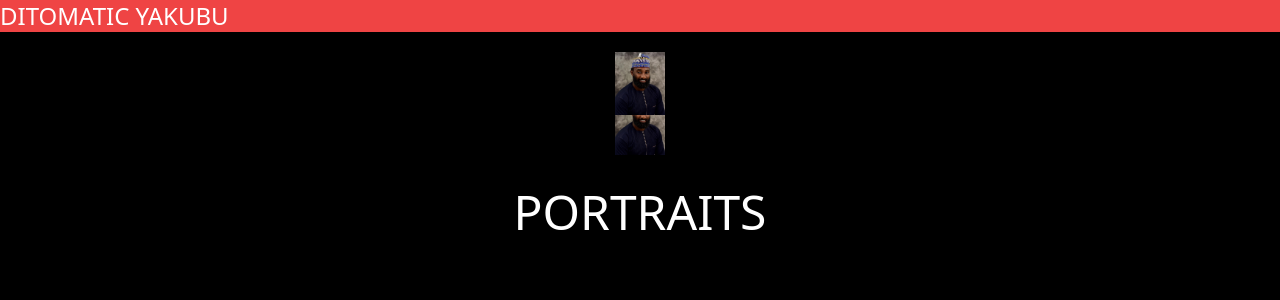
Repository: latenightsnacc/Ditomatic-Demo
Page: home.html
The author's editor kept a copy of each file at every save. The page is drawn from the files as they stood at one save, then again after the next save.
The browser window is 1280 px wide. The pictures show the whole page.
Some web libraries are served in a nearby version.

Above is the page before, as saved 2021-02-24 11:12:14.

### home.html
<!DOCTYPE html>
<html lang="en" class="bg-black">
<head>
    <meta charset="UTF-8">
    <meta name="viewport" content="width=device-width, initial-scale=1.0">
    <!--Tailwind 2.0.2-->
    <link href="https://cdnjs.cloudflare.com/ajax/libs/tailwindcss/2.0.2/tailwind.min.css" rel="stylesheet">
    <!--Font Awesome 5.15.1-->
    <link rel="stylesheet" href="https://cdnjs.cloudflare.com/ajax/libs/font-awesome/5.15.1/css/all.min.css" integrity="sha512-+4zCK9k+qNFUR5X+cKL9EIR+ZOhtIloNl9GIKS57V1MyNsYpYcUrUeQc9vNfzsWfV28IaLL3i96P9sdNyeRssA==" crossorigin="anonymous" />
    <!-- Bootstrap 5.0.0 Beta-->
    <!-- <link href="https://cdn.jsdelivr.net/npm/bootstrap@5.0.0-beta1/dist/css/bootstrap.min.css" rel="stylesheet" integrity="sha384-giJF6kkoqNQ00vy+HMDP7azOuL0xtbfIcaT9wjKHr8RbDVddVHyTfAAsrekwKmP1" crossorigin="anonymous" /> -->
    <!--Page Title-->
    <title>Ditomatic Fotografy</title>
</head>
<body>
    <!--Header-->
    <header>
        <nav class="container-sm bg-red-500 flex flex-row justify-between">
            <a href="home.html" class="text-white uppercase text-2xl">Ditomatic Yakubu</a>
            <ul></ul>
        </nav>
    </header>
    <!--End of Header-->
    <div class="my-5"></div>
    <section class="bg-black shadow-2xl">
        <div class="container relative">
            <div class="flex justify-center items-center h-80">
                <h2 class="text-white uppercase text-underline text-center text-5xl">portraits</h2>
                <div class="absolute right-50 top-0">
                    <img src="images/malePortrait.jpg" width="50px">
                </div>
                <div class="absolute right-30 top-10">
                    <img src="images/malePortrait.jpg" width="50px">
                </div>
                <div class="absolute right-50 top-0">
                    <img src="images/malePortrait.jpg" width="50px">
                </div>
                <div class="absolute right-50 top-0">
                    <img src="images/malePortrait.jpg" width="50px">
                </div>

            </div>
        </div>
    </section>
</body>
</html>

After the next save:
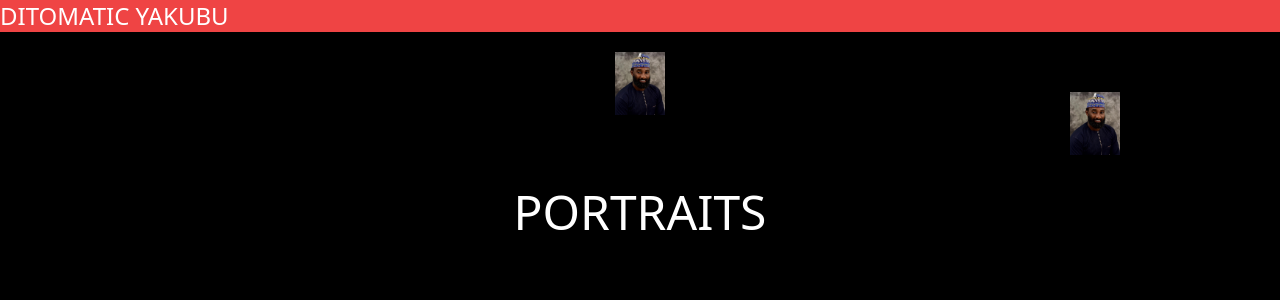
Saved 8 s later.
--- a/home.html
+++ b/home.html
@@ -29,7 +29,7 @@
                 <div class="absolute right-50 top-0">
                     <img src="images/malePortrait.jpg" width="50px">
                 </div>
-                <div class="absolute right-30 top-10">
+                <div class="absolute right-40 top-10">
                     <img src="images/malePortrait.jpg" width="50px">
                 </div>
                 <div class="absolute right-50 top-0">

After the save that followed:
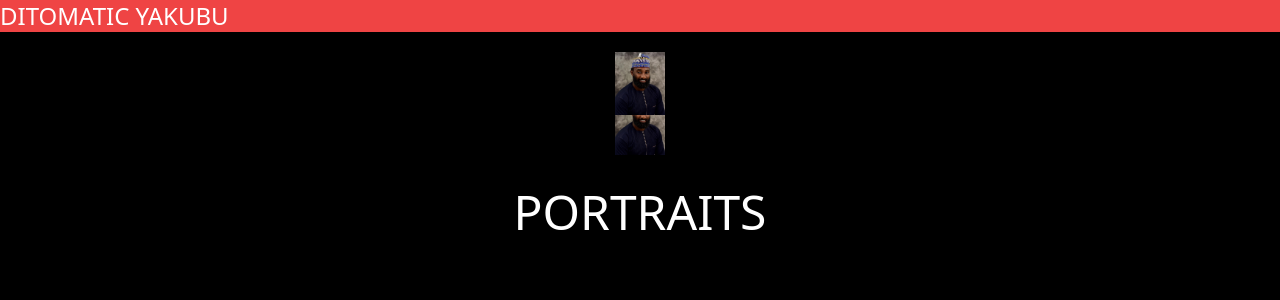
Saved 6 s later.
--- a/home.html
+++ b/home.html
@@ -29,7 +29,7 @@
                 <div class="absolute right-50 top-0">
                     <img src="images/malePortrait.jpg" width="50px">
                 </div>
-                <div class="absolute right-40 top-10">
+                <div class="absolute right-30 top-10">
                     <img src="images/malePortrait.jpg" width="50px">
                 </div>
                 <div class="absolute right-50 top-0">
